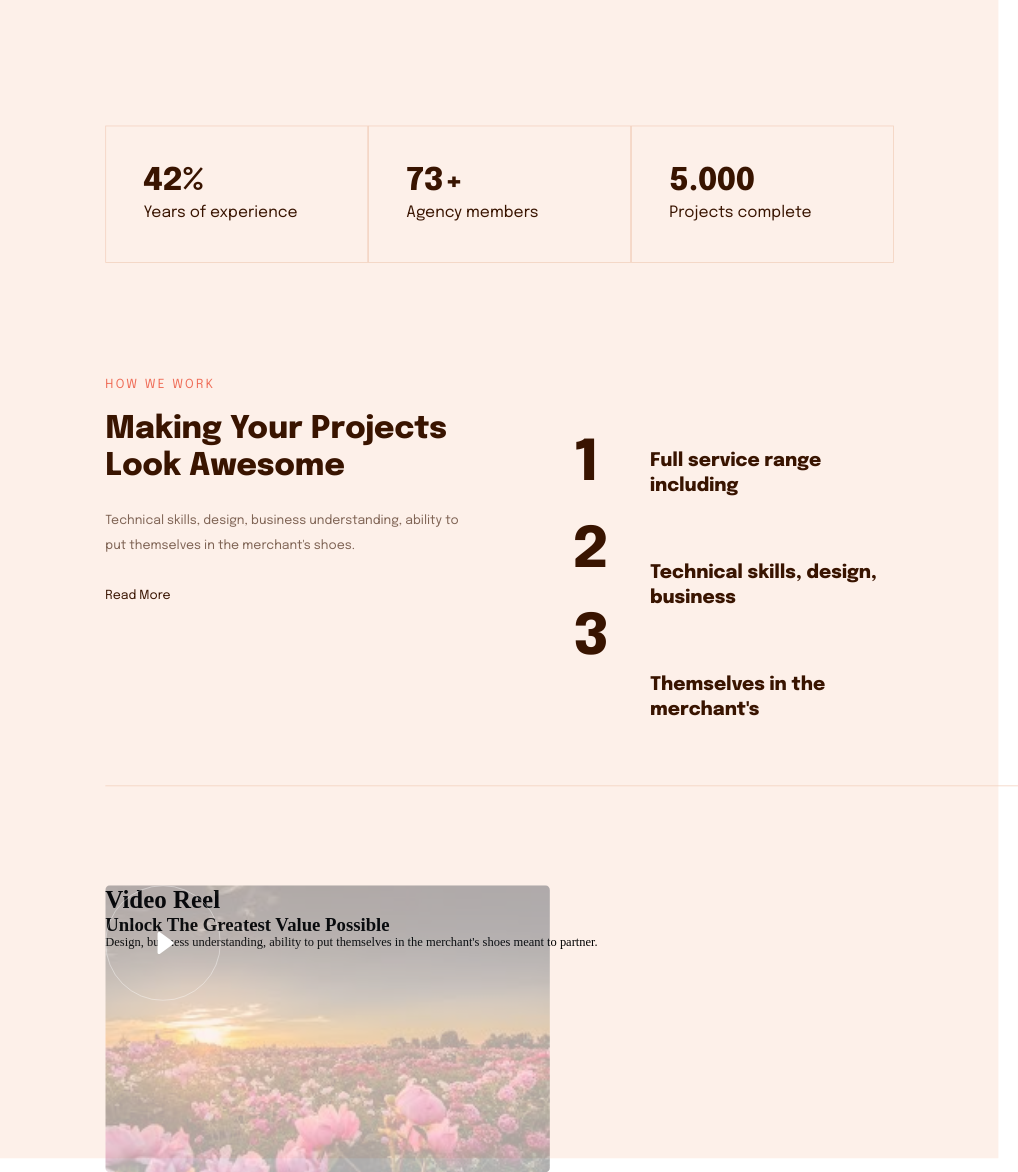
Repository: AytacJafarova/task2
Page: index.html
The author's editor kept a copy of each file at every save. The page is drawn from the files as they stood at one save, then again after a run of saves.
The browser window is 1280 px wide. The page is 1305 px wide, so the pictures cover 1305 px, including what lies to the right of the window. The pictures show the whole page, at 78% of full size.

Above is the page before, as saved 2023-08-01 14:04:28.

### index.html
<!DOCTYPE html>
<html lang="en">

<head>
    <meta charset="UTF-8">
    <meta name="viewport" content="width=device-width, initial-scale=1.0">
    <title>Document</title>
    <link rel="stylesheet" href="./index.css">
</head>

<body>
    <div class="container">
        <div class="projects">
            <ul>
                <li>
                    <h1>42%</h1>
                    <p>Years of experience</p>
                </li>
                <li>
                    <h1>73+</h1>
                    <p>Agency members</p>
                </li>
                <li>
                    <h1>5.000</h1>
                    <p>Projects complete</p>
                </li>
            </ul>
        </div>
        <div class="work">
            <div class="box1">
                <h1>How we work</h1>
                <h2>Making Your Projects <br> Look Awesome</h2>
                <p class="put">Technical skills, design, business understanding, ability to put themselves in the
                    merchant's shoes.</p>
                <p>Read More</p>
            </div>
            <div class="box2">
                <ul>
                    <li>1</li>
                    <li>2</li>
                    <li>3</li>
                </ul>
                <div class="texts">
                    <h1>Full service range including</h1>
                    <h1>Technical skills, design, business</h1>
                    <h1>Themselves in the merchant's</h1>
                </div>
            </div>
        </div>
        <div class="border"></div>
        <div class="video">
            <div class="video-img">
                <img class="first" src="./images/images.jpg" alt="">
                <img src="./images/play.svg" alt="">
            </div>
            <div class="texts">
                <h1>Video Reel</h1>
                <h2>Unlock The Greatest Value Possible</h2>
                <p>Design, business understanding, ability to put themselves in the merchant's shoes meant to partner.
                </p>
            </div>
        </div>
    </div>
</body>

</html>

### index.css
@import url('https://fonts.googleapis.com/css2?family=Epilogue:wght@400;800&display=swap');
* {
    padding: 0;
    margin: 0;
    box-sizing: border-box;
}
.container {
    padding: 161px 134px 268px 135px;
    background: #FDF0E9;
}
.projects ul {
    display: flex;
    border-radius: 6px 0px 0px 6px;

}
.projects ul li {
    display: flex;
    flex-direction: column;
    justify-content: center;
    list-style-type: none;
border: 1px solid #F3D1BF;
width: 33.33%;
/* background-color: red; */
height: 176px;
padding-left: 48px;
}
.projects ul li h1 {
    color: var(--text-dark, #391400);
font-feature-settings: 'clig' off, 'liga' off;
font-family: Epilogue;
font-size: 40px;
font-style: normal;
font-weight: 800;
line-height: 48px;
}
.projects ul li p {
    color: var(--text-dark, #391400);
font-feature-settings: 'clig' off, 'liga' off;
font-family: Epilogue;
font-size: 20px;
font-style: normal;
font-weight: 400;
line-height: 32px;
}
.work {
    display:flex ;
    margin-top: 140px;
}
.box1 h1 {
    color: var(--text-dark-accent, #EF6D58);
font-feature-settings: 'clig' off, 'liga' off;
font-family: Epilogue;
font-size: 16px;
font-style: normal;
font-weight: 400;
line-height: 32px;
letter-spacing: 3px;
text-transform: uppercase;
margin-bottom: 17px;
}
.box1 h2 {
    color: var(--text-dark, #391400);
font-feature-settings: 'clig' off, 'liga' off;
font-family: Epilogue;
font-size: 40px;
font-style: normal;
font-weight: 800;
line-height: 48px;
margin-bottom: 30px;
}
.box1 .put {
    width: 470px;
height: 68px;
flex-shrink: 0;
    color: var(--text-dark-gray, rgba(57, 20, 0, 0.64));
font-feature-settings: 'clig' off, 'liga' off;
font-family: Epilogue;
font-size: 16px;
font-style: normal;
font-weight: 400;
line-height: 32px;
margin-bottom: 28px;
}
.box1 p {
    color: var(--text-dark, #391400);
font-feature-settings: 'clig' off, 'liga' off;
font-family: Epilogue;
font-size: 16px;
font-style: normal;
font-weight: 400;
line-height: 32px;
}
.box2 {
    display: flex;
    margin-left: 130px;
    margin-top: 78px;
}
.box2 ul li {
    list-style-type: none;
    color: #391400;
font-feature-settings: 'clig' off, 'liga' off;
font-family: Epilogue;
font-size: 72px;
font-style: normal;
font-weight: 800;
line-height: 80px;
letter-spacing: -2px;
margin-bottom: 32px;
}
.box2 .texts h1 {
    color: var(--text-dark, #391400);
font-feature-settings: 'clig' off, 'liga' off;
font-family: Epilogue;
font-size: 24px;
font-style: normal;
font-weight: 700;
line-height: 32px;
margin-bottom: 80px;
margin-top: 20px;
margin-left: 54px;
}
.border {
    width: 1170px;
height: 1px;
flex-shrink: 0;
background: #F3D1BF;
}
.video {
    display: flex;
    margin-top:127px;
}
.video .video-img .first  {
    width: 570px;
    height: 368px;
    flex-shrink: 0;
    border-radius: 6px;
opacity: 0.318057119846344;
background: #5C2000;
}
.video .video-img  img {
    width: 148px;
height: 148px;
flex-shrink: 0;
color: FFFFF;
margin-bottom: 0;
position: absolute;
}
.video-img {
    position: relative;
}

After the next 2 saves:
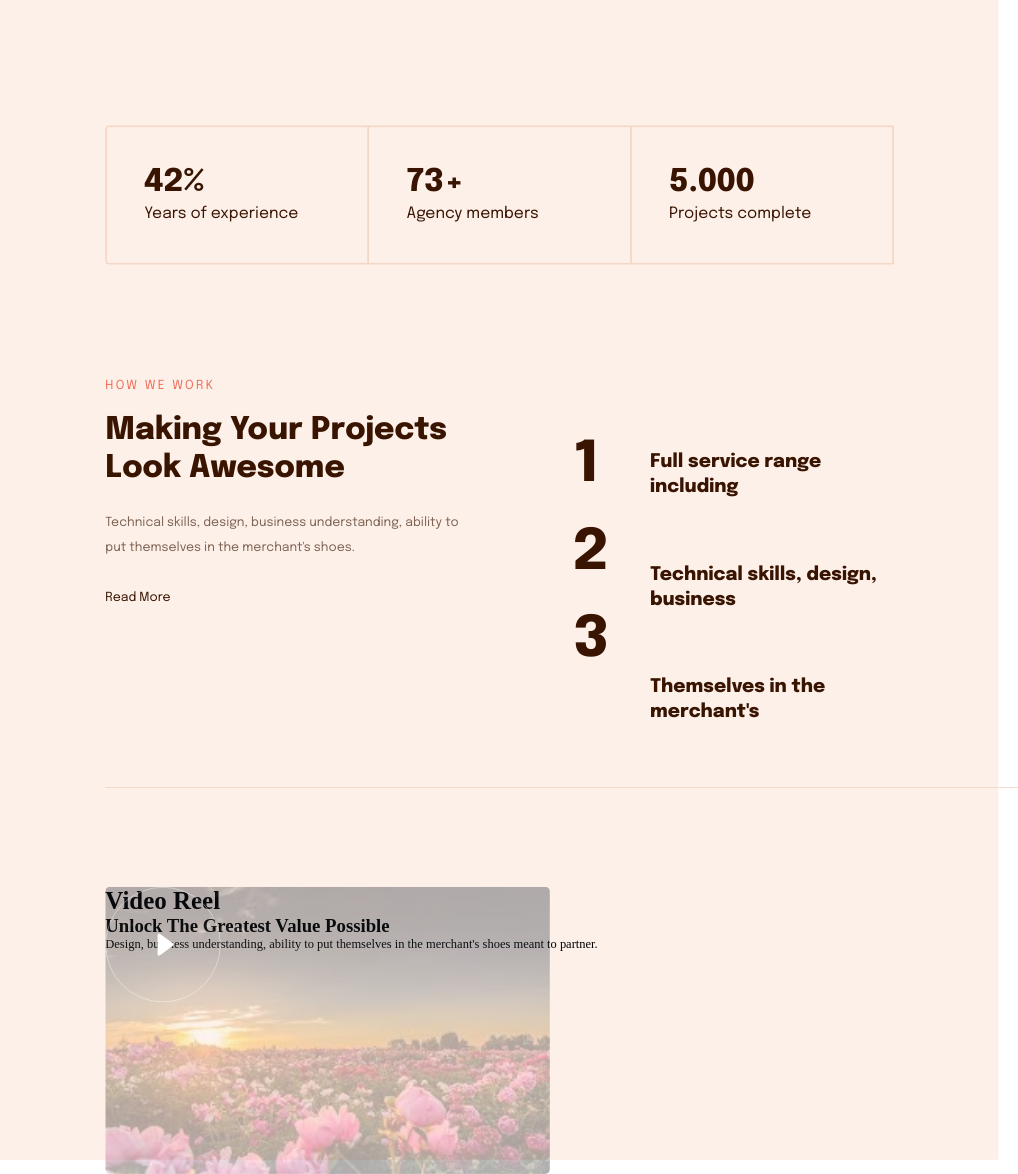
The 2 saves are shown as one change because they came seconds apart.
The last was saved 23 s later.
--- a/index.css
+++ b/index.css
@@ -11,7 +11,7 @@
 .projects ul {
     display: flex;
     border-radius: 6px 0px 0px 6px;
-
+    border: 1px solid #F3D1BF;
 }
 .projects ul li {
     display: flex;
